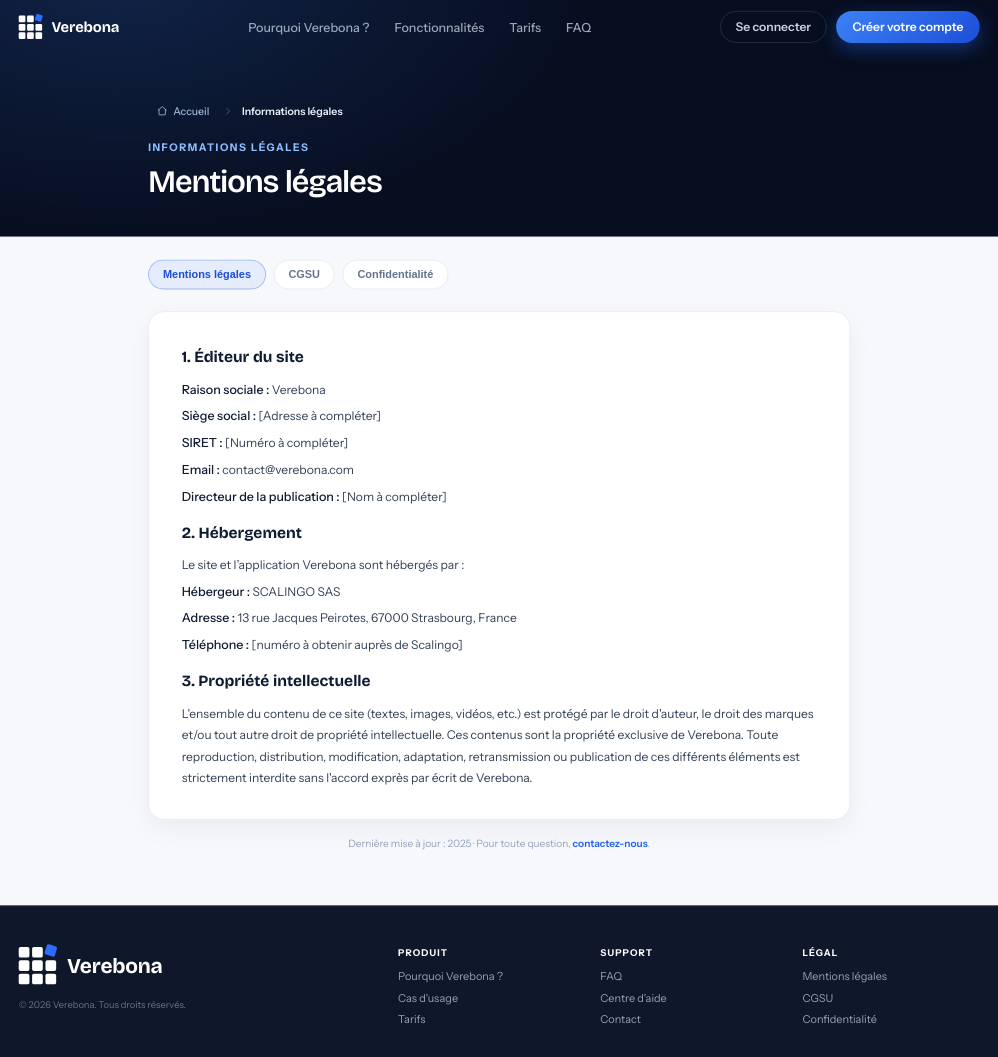
Repository: AdminVerebona/verebona-public
Page: /mentions-legales
An editor plug-in stored every save of this project. The page is shown before and after the next save, followed by the edit.
The browser window is 1280 px wide. The pictures show the whole page, at 78% of full size.
The project was rebuilt for these pictures with package versions that can differ from the ones it lists, and the page was loaded fresh each time. Also part of the build but not shown: next.config.mjs, vite.config.js, vite.config.ts, src/composables/useLanding.ts, src/sections/HeroSection.vue, src/sections/WhySection.vue, src/sections/UseCasesSection.vue, src/sections/FeaturesSection.vue and 6 more.

Above is the page before, as saved 2026-07-10 15:15:59.

After the next save:
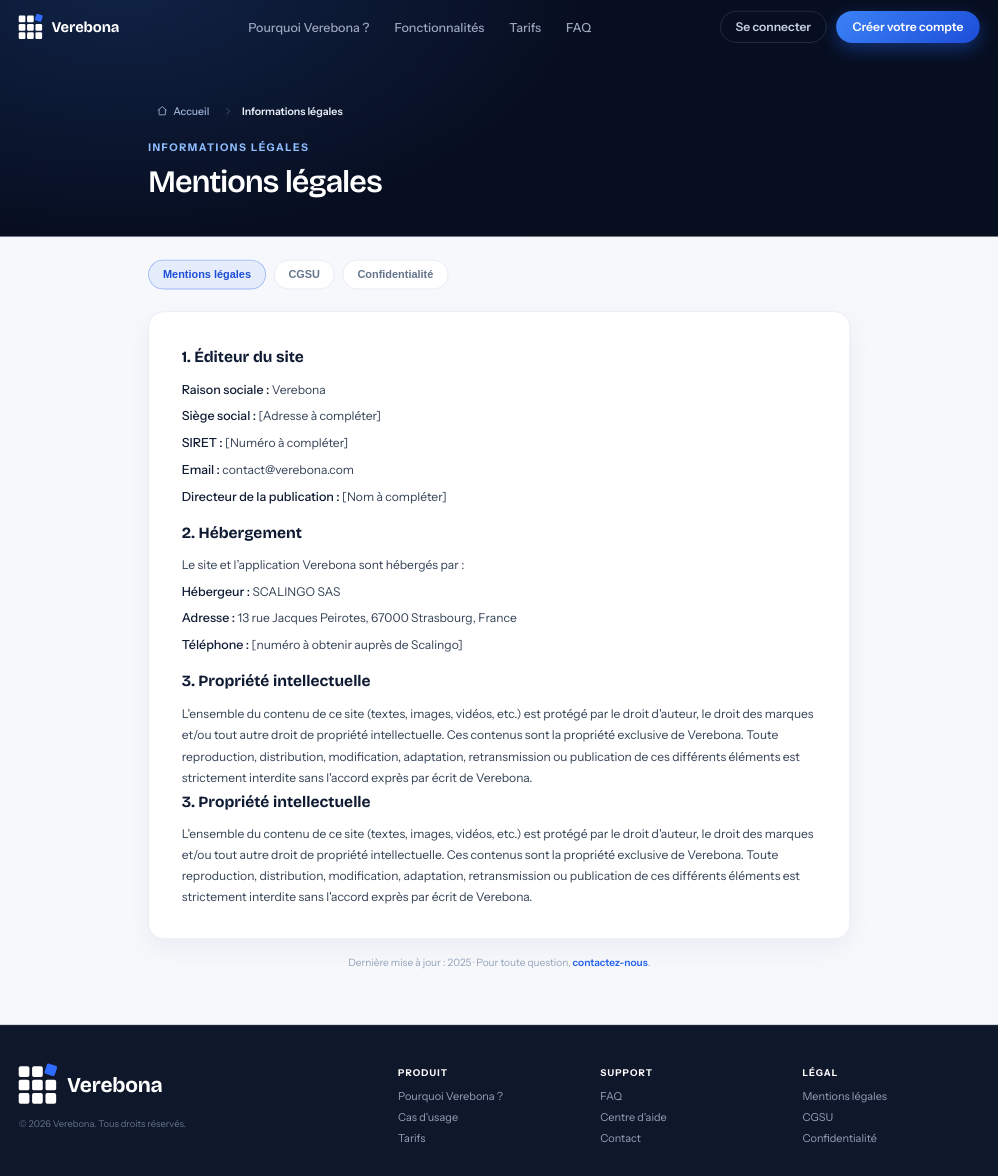
Saved 18 s later.
--- a/src/views/LegalView.vue
+++ b/src/views/LegalView.vue
@@ -30,6 +30,9 @@
           <p style="margin:0 0 16px"><span style="font-size:16px;font-weight:500;color:#0F1B33">Téléphone :</span> [numéro à obtenir auprès de Scalingo]</p>
           <h2 style="font-size:20px;font-weight:700;color:#0F1B33;font-family:'Bricolage Grotesque',sans-serif;margin:0 0 10px">3. Propriété intellectuelle</h2>
           <p style="margin:0">L'ensemble du contenu de ce site (textes, images, vidéos, etc.) est protégé par le droit d'auteur, le droit des marques et/ou tout autre droit de propriété intellectuelle. Ces contenus sont la propriété exclusive de Verebona. Toute reproduction, distribution, modification, adaptation, retransmission ou publication de ces différents éléments est strictement interdite sans l'accord exprès par écrit de Verebona.</p>
+        <h2 style="font-size:20px;font-weight:700;color:#0F1B33;font-family:'Bricolage Grotesque',sans-serif;margin:0 0 10px">3. Propriété intellectuelle</h2>
+          <p style="margin:0">L'ensemble du contenu de ce site (textes, images, vidéos, etc.) est protégé par le droit d'auteur, le droit des marques et/ou tout autre droit de propriété intellectuelle. Ces contenus sont la propriété exclusive de Verebona. Toute reproduction, distribution, modification, adaptation, retransmission ou publication de ces différents éléments est strictement interdite sans l'accord exprès par écrit de Verebona.</p>
+
         </div>
       </template>
       <template v-if="isCGU">
